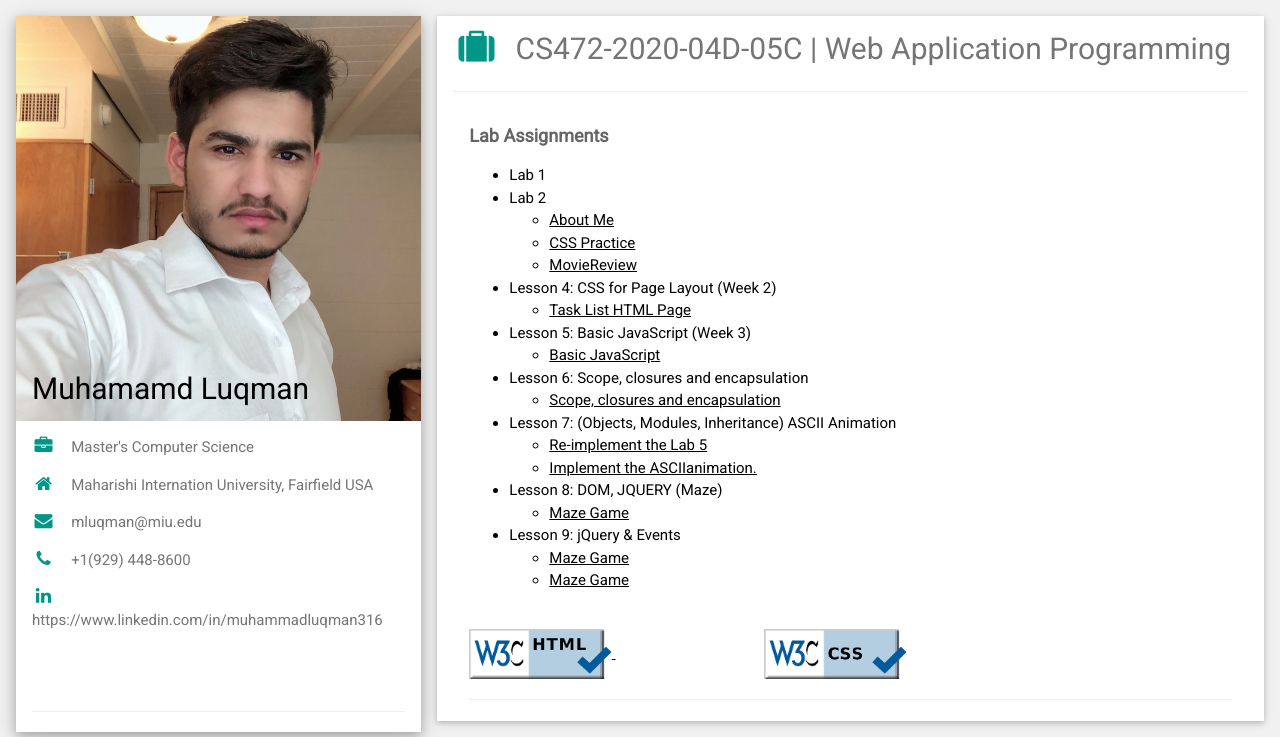
Repository: luqmang316/luqmang316.github.io
Page: index.html
The author's editor kept a copy of each file at every save. The page is drawn from the files as they stood at one save, then again after the next save.
The browser window is 1280 px wide. The pictures show the whole page.

Above is the page before, as saved 2021-08-08 13:31:00.

### index.html
<!DOCTYPE html>
<html lang="en">
<title>Home</title>
<meta charset="UTF-8">
<meta name="viewport" content="width=device-width, initial-scale=1">
<link rel="stylesheet" href="https://www.w3schools.com/w3css/4/w3.css">
<link rel='stylesheet' href='https://fonts.googleapis.com/css?family=Roboto'>
<link rel="stylesheet" href="https://cdnjs.cloudflare.com/ajax/libs/font-awesome/4.7.0/css/font-awesome.min.css">
<style>
    html,
    body,
    h1,
    h2,
    h3,
    h4,
    h5,
    h6 {
        font-family: "Roboto", sans-serif
    }
</style>

<body class="w3-light-grey">

    <!-- Page Container -->
    <div class="w3-content w3-margin-top" style="max-width:1400px;">

        <!-- The Grid -->
        <div class="w3-row-padding">

            <!-- Left Column -->
            <div class="w3-third">

                <div class="w3-white w3-text-grey w3-card-4">
                    <div class="w3-display-container">
                        <img src="./images/luqman.jpg" style="width:100%" alt="Avatar">
                        <div class="w3-display-bottomleft w3-container w3-text-black">
                            <h2>Muhamamd Luqman</h2>
                        </div>

                    </div>
                    <div class="w3-container">
                        <p><i class="fa fa-briefcase fa-fw w3-margin-right w3-large w3-text-teal"></i>Master's Computer Science</p>
                        <p><i class="fa fa-home fa-fw w3-margin-right w3-large w3-text-teal"></i>Maharishi Internation University, Fairfield USA</p>
                        <p><i class="fa fa-envelope fa-fw w3-margin-right w3-large w3-text-teal"></i>mluqman@miu.edu</p>
                        <p><i class="fa fa-phone fa-fw w3-margin-right w3-large w3-text-teal"></i>+1(929) 448-8600</p>
                        <p><i class="fa fa-linkedin fa-fw w3-margin-right w3-large w3-text-teal"></i>https://www.linkedin.com/in/muhammadluqman316</p>
                        <br>
                        <br>
                        <hr>
                    </div>
                </div>

                <!-- End Left Column -->
            </div>

            <!-- Right Column -->
            <div class="w3-twothird">

                <div class="w3-container w3-card w3-white w3-margin-bottom">
                    <h2 class="w3-text-grey w3-padding-12"><i class="fa fa-suitcase fa-fw w3-margin-right w3-xxlarge w3-text-teal"></i>CS472-2020-04D-05C | Web Application Programming</h2>
                    <hr>

                    <div class="w3-container">
                        <h5 class="w3-opacity"><b>Lab Assignments</b></h5>

                        <ul class="menu">
                            <li> Lab 1 </li>
                            <li> Lab 2
                                <ul class="inside">
                                    <li> <a href="aboutme.html">About Me</a></li>
                                    <li> <a href="CSSPractice/index.html">CSS Practice</a></li>
                                    <li> <a href="MovieReview/tmnt.html">MovieReview </a></li>
                                </ul>
                            </li>
                            <li>Lesson 4: CSS for Page Layout (Week 2)

                                <ul class="inside">
                                    <li> <a href="Tasklist/tasklist.html">Task List HTML Page</a></li>
                                </ul>
                            </li>
                            <li>Lesson 5: Basic JavaScript (Week 3)
                                <ul class="inside">
                                    <li> <a href="BasicJavaScript/BasicJavaScript.html">Basic JavaScript</a></li>
                                </ul>
                            </li>

                            <li>Lesson 6: Scope, closures and encapsulation
                                <ul class="inside">
                                    <li> <a href="ScopeClosuresEncapsulation/ScopeClosuresEncapsulation.html">Scope, closures and encapsulation</a></li>
                                </ul>

                            </li>

                            <li>Lesson 7: (Objects, Modules, Inheritance) ASCII Animation
                                <ul class="inside">
                                    <li> <a href="ReImplementLab5/ReImplementLab5.html">Re-implement the Lab 5</a></li>
                                    <li> <a href="ASCIImation_files/ASCIImation.html">Implement the ASCIIanimation.</a></li>
                                </ul>

                            </li>

                            <li>Lesson 8: DOM, JQUERY (Maze)
                                <ul class="inside">
                                    <li> <a href="MazeGame/Maze.html">Maze Game</a></li>
                                </ul>

                            </li>

                            <li>Lesson 9: jQuery & Events
                                <ul class="inside">
                                    <li> <a href="MazeGame/Maze.html">Maze Game</a></li>
                                    <li> <a href="MazeGame/Maze.html">Maze Game</a></li>
                                </ul>

                            </li>

                        </ul>
                        <br>

                        <i class="w3-hover-opacity">
            <a href="https://validator.w3.org/check/referer">
              <img src="./images/w3chtmlvalidlogo.png" alt="W3C HTML Validator" height="50">
            </a>
            </i>
                        <i> &nbsp; &nbsp; &nbsp; &nbsp; &nbsp; &nbsp; &nbsp; &nbsp; &nbsp; &nbsp;   &nbsp; &nbsp; &nbsp; &nbsp; &nbsp; &nbsp; &nbsp; &nbsp; &nbsp; &nbsp; </i>
                        <i class="w3-hover-opacity">
            <a href="https://jigsaw.w3.org/css-validator/check/referer">
              <img src="./images/w3ccssvalidlogo.png" alt="W3C HTML Validator" height="50">
            </a>
           </i>
                        <br>
                        <hr>
                    </div>

                </div>

                <!-- End Right Column -->
            </div>

            <!-- End Grid -->
        </div>

        <!-- End Page Container -->
    </div>


</body>

</html>

After the next save:
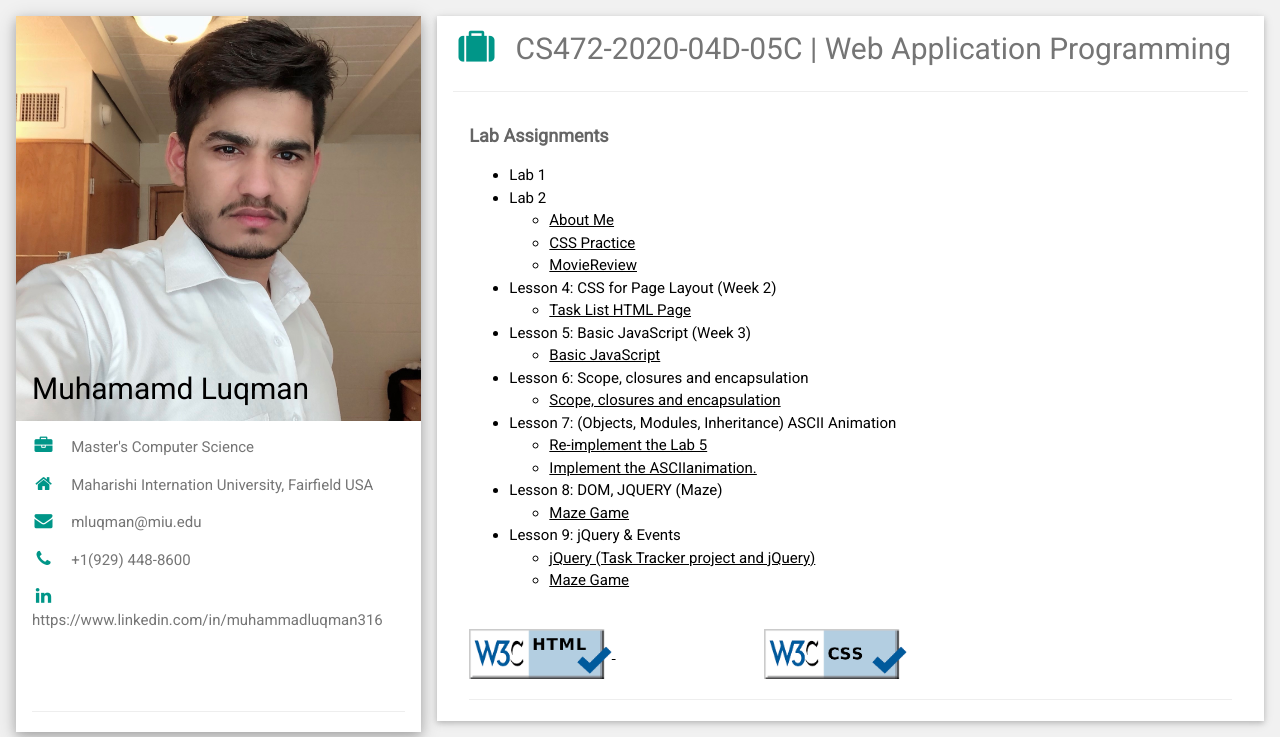
Saved 15 s later.
--- a/index.html
+++ b/index.html
@@ -108,7 +108,7 @@
 
                             <li>Lesson 9: jQuery & Events
                                 <ul class="inside">
-                                    <li> <a href="MazeGame/Maze.html">Maze Game</a></li>
+                                    <li> <a href="MazeGame/Maze.html">jQuery (Task Tracker project and jQuery) 	</a></li>
                                     <li> <a href="MazeGame/Maze.html">Maze Game</a></li>
                                 </ul>
 
